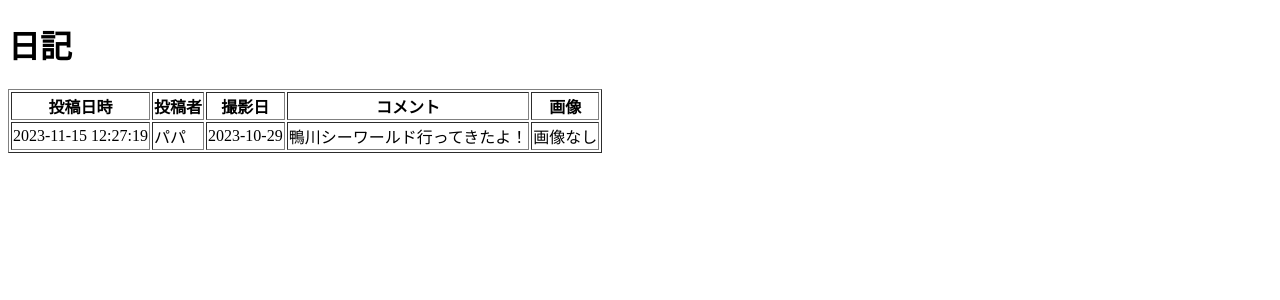
Repository: daidai0602/gs_kadai_questionnaire
Page: http://localhost/read.php
The author's editor kept a copy of each file at every save. The page is drawn from the files as they stood at one save, then again after the next save.
The browser window is 1280 px wide. The pictures show the whole page.
The page is run by PHP 8.4 with error messages shown; the project is at /var/www/html/.

Above is the page before, as saved 2023-11-15 22:59:58.

### read.php
<!DOCTYPE html>
<html lang="ja">
<head>
  <meta charset="UTF-8">
  <meta name="viewport" content="width=device-width, initial-scale=1.0">
  <title>Document</title>
</head>
<body>
  <h1>日記</h1>
  <table border="1">
    <tr>
      <th>投稿日時</th>
      <th>投稿者</th>
      <th>撮影日</th>
      <th>コメント</th>
      <th>画像</th>
    </tr>
    <?php
    $filename = "data/data.txt";
    $img_directory = "images_after/";

    // ファイルが存在するか確認
    if (file_exists($filename)) {
        $lines = file($filename, FILE_IGNORE_NEW_LINES);
        foreach ($lines as $line) {
            $data = explode(",", $line);

            echo "<tr>";
            echo "<td>" . $data[0] . "</td>";
            echo "<td>" . $data[1] . "</td>";
            echo "<td>" . $data[2] . "</td>";
            echo "<td>" . $data[3] . "</td>";
            if (isset($data[4])) {
                $img_path = $img_directory . trim($data[4]);
                if (file_exists($img_path)) {
                    echo "<td><img src='" . $img_path . "' width='100'></td>";
                } else {
                    echo "<td>画像なし</td>";
                }
            } else {
                echo "<td>画像なし</td>";
            }
            echo "</tr>";
        }
    } else {
        echo "<tr><td colspan='5'>データがありません</td></tr>";
    }
    ?>
  </table>
</body>
</html>

### data/data.txt
2023-11-15 12:27:19,パパ,2023-10-29,鴨川シーワールド行ってきたよ！

After the next save:
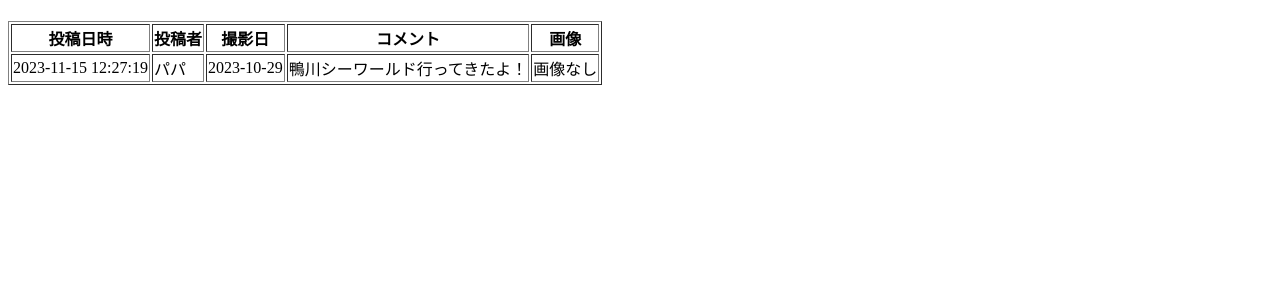
Saved 2 min 0 s later.
--- a/read.php
+++ b/read.php
@@ -6,7 +6,7 @@
   <title>Document</title>
 </head>
 <body>
-  <h1>日記</h1>
+  <h1></h1>
   <table border="1">
     <tr>
       <th>投稿日時</th>
